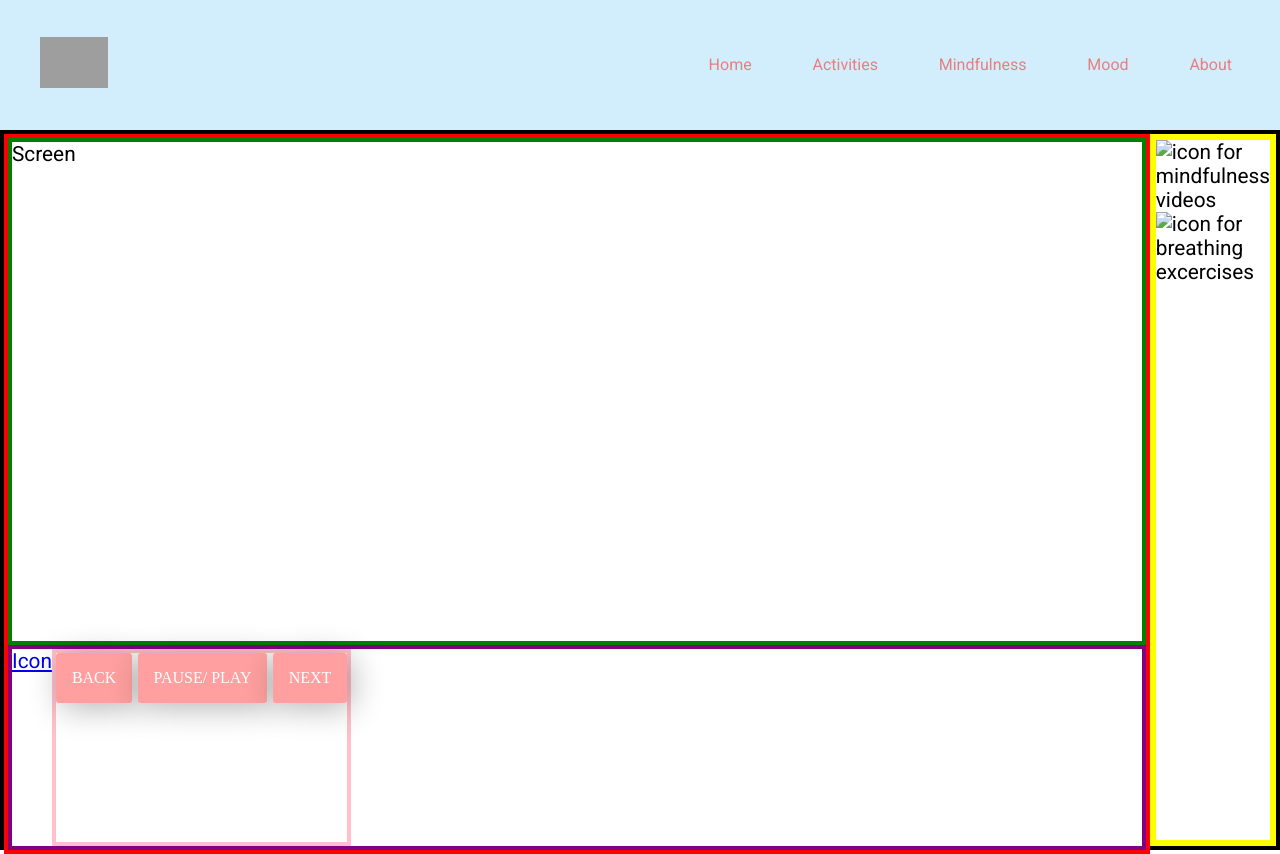
Repository: Nafisa-Huda/HealthierMind
Page: public/mindfulness.html
The author's editor kept a copy of each file at every save. The page is drawn from the files as they stood at one save, then again after the next save.
The browser window is 1280 px wide. The pictures show the whole page.
Pictures or frames that could not be fetched are drawn as grey boxes. Some web fonts or font styles are not loaded; a fallback is used.

Above is the page before, as saved 2022-07-16 13:34:11.

### public/mindfulness.html
<!DOCTYPE html>
<html lang="en">

<head>
    <meta charset="UTF-8">
    <meta http-equiv="X-UA-Compatible" content="IE=edge">
    <meta name="viewport" content="width=device-width, initial-scale=1.0">
    <title>HealthyMind</title>
    <link rel="preconnect" href="https://fonts.googleapis.com">
    <link rel="preconnect" href="https://fonts.gstatic.com" crossorigin>
    <link
        href="https://fonts.googleapis.com/css2?family=Caveat+Brush&family=Fredoka+One&family=Roboto&family=Source+Sans+Pro:wght@300&display=swap"
        rel="stylesheet">
    <link rel="stylesheet" href="https://unpkg.com/swiper@8/swiper-bundle.min.css" />
    <link rel="stylesheet" href="css/mindfulness.css">
</head>

<body>
    <header>
        <div class="container row">
            <a href="index.html"><img class="logo" src="https://i.ibb.co/xLGc6jC/Healthy-Mind-logo.png"
                    alt="healthy-mind-logo"></a>
            <nav class="nav">
                <ul class="nav__list">
                    <li class="nav__item"><a href="index.html" class="nav__link">Home</a></li>
                    <li class="nav__item"><a href="activities.html" class="nav__link">Activities</a></li>
                    <li class="nav__item"><a href="mindfulness.html" class="nav__link">Mindfulness</a></li>
                    <li class="nav__item"><a href="tracker.html" class="nav__link">Mood</a></li>
                    <li class="nav__item"><a href="about.html" class="nav__link">About</a></li>
                </ul>
            </nav>
        </div>
    </header>
    <section>
        <div class="container__video">
            <div class="wrapper">
                <div class="screen"> Screen </div>
                <div class="controls">
                    <span>
                        <a href="parents__info">
                            <!--icon for parents but we'll make it a modal--> Icon
                        </a>
                    </span>
                    <div class="control__panel">
                        <button class="back">back</button>
                        <button class="pauplay"> Pause/ Play </button>
                        <button class="next">Next</button>
                    </div>
                </div>
            </div>
            <div class="sidebar">
                <img src="#" alt="icon for mindfulness videos" />
                <img src="#" alt="icon for breathing excercises" />
            </div>
        </div>
    </section>
    <!-- Slider main container -->
    <!-- <section class="swiper">
    <div class="swiper-wrapper">
      <div class="swiper-slide">Slide 1</div>
      <div class="swiper-slide">Slide 2</div>
      <div class="swiper-slide">Slide 3</div>
    </div>
    <div class="swiper-pagination"></div>
    <div class="swiper-button-prev"></div>
    <div class="swiper-button-next"></div>
</section> -->

    <script src="https://unpkg.com/swiper@8/swiper-bundle.min.js"></script>
    <script src="js/mindfulness.js"></script>
</body>

</html>

### public/css/mindfulness.css
*,
*::before,
*::after {
  box-sizing: border-box;
  margin: 0;
  padding: 0;
}

body {
  max-width: 100%;
  font-family: "Roboto", sans-serif;
  font-size: 1.3rem;
  overflow:hidden;
}
html {
  scroll-behavior: smooth;
  scroll-padding-top: (--scroll-padding, 100px);
}

/*scrollbar*/
::-webkit-scrollbar {
  width: 0.7em;
}
::-webkit-scrollbar-track {
  background: antiquewhite;
}
::-webkit-scrollbar-thumb {
  background: linear-gradient(10deg, #69488a, #f18d8d);
}

header{
  background-color: #d2edfc;
  height: 3%;
}
.container {
  width: 100vw;
  height: 18vh;
  margin: 0 auto;
}
.main {
  height: 100vh;
}

.hero {
  display: flex;
  background-color: #d2edfc;
}
.hero h1 {
  font-family: caveat brush;
  text-align: center;
  margin-top: 0%;
  font-size: 3em;
}

.hero p {
  padding: 0 0.5em;
  margin-top: 0;
  text-align: center;
}

  .hero__text{
    width: 50%;
    margin: 8rem 0 4rem 2rem;
    display: flex;
    flex-direction: column;
    align-items: center;
    justify-content: flex-start;
  }

.row {
  display: flex;
  justify-content: space-between;
  align-items: center;
  width: 100%;
}

.logo {
  width: 15%;
  height: 100%;
  margin-left: 2.5rem;
  margin-right: 1rem;
}

.nav {
    display: flex;
    justify-content: space-between;
    align-items: center;
    max-width: 100%;
}

.nav__list {
  margin: 0;
  list-style: none;
  display: flex;
  align-items: center;
  font-size: 2rem;
}

.nav__item {
  display: flex;
  flex-direction: row;
  padding: 0.8rem;
  padding-right: 3rem;
  /* padding-right: 9rem; */
}
.nav__link {
  text-decoration: none;
  font-size: initial;
  font-weight: 200;
  color: #e68080;
}

.nav__link--button {
  padding: 0.25em 1em;
}

.nav__link:hover {
  opacity: 0.75;
}

.swiper {
    width:60vw;
    height: 70vh;
    margin: 0 auto;
    margin-top: 2rem;
    background-color: rgb(244, 244, 141);
    border-radius: 2rem;
  }
.container__video{
  border: 0.3rem solid black;
  height: 100vh;
  display: flex;
  flex-direction: row;
  width: 100%;
}
.wrapper{
  border: 0.3rem solid red;
  height: 100vh;
  width: 100%;
  display: flex;
  flex-direction: column;
}
.screen{
  border: 0.3rem solid green;
  width: 100%;
  height: 100%;
}
.sidebar{
  border: 0.4rem solid yellow;
  width: 10%;
  display: flex;
  flex-direction: column;
}
.controls{
  border: 0.3rem solid purple;
  width: 100%;
  height: 40%;
  display: flex;

}
.control__panel{
  border: 0.3rem solid pink;
}
.back,.next,.pauplay{
  background: none;
  border-radius: 0.75rem;
  padding: 1rem;
  font-family: caveat brush;
  text-transform: uppercase;
  background: #ff9f9f;
  color: #fff;
  font-size: medium;
  border: none;
  border-radius: 3px;
  cursor: pointer;
  box-shadow:  0.3rem 0.3rem 2rem rgb(0 0 0 / 30%);
  }

  .btn:hover{
    background:#f99292;
  }
}

Loaded but not shown: public/mindfulness.js (common file)

After the next save:
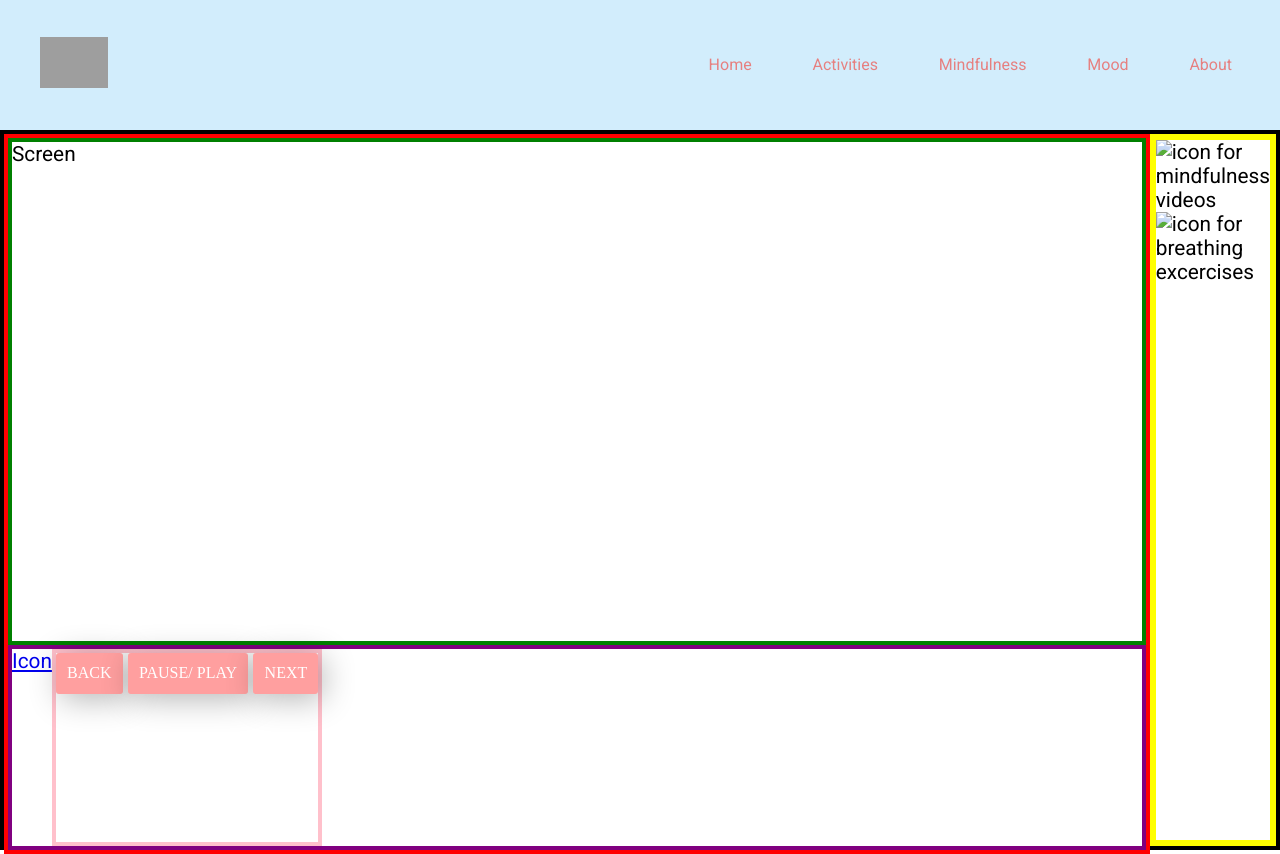
Saved 6 s later.
--- a/public/css/mindfulness.css
+++ b/public/css/mindfulness.css
@@ -164,7 +164,7 @@ header{
 .back,.next,.pauplay{
   background: none;
   border-radius: 0.75rem;
-  padding: 1rem;
+  padding: 0.7rem;
   font-family: caveat brush;
   text-transform: uppercase;
   background: #ff9f9f;
